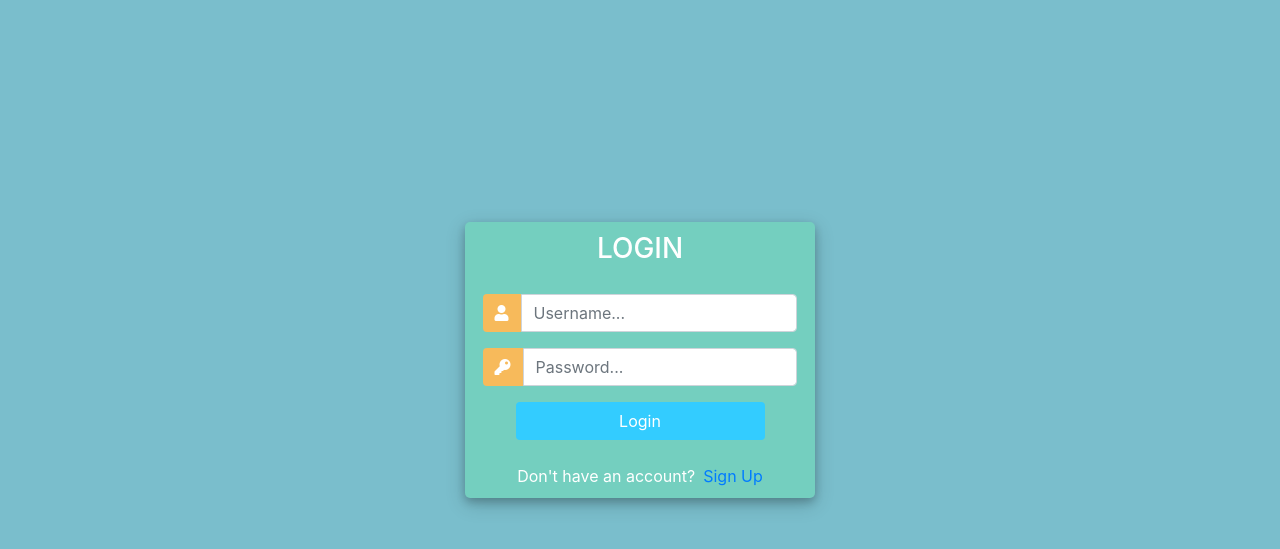
Repository: Abdaljawad-Aya/login-register-auth-validation-Django
Page: http://localhost/login/
These files come from the project's save history. The page is drawn as it stood at one moment and after the next save; the edit follows.
The browser window is 1280 px wide. The pictures show the whole page.
Some web libraries are served in a nearby version. The page is served by the project's application, run on Django 3.2 (project8/manage.py).

Above is the page before, as saved 2021-03-11 22:56:43.

After the next save:
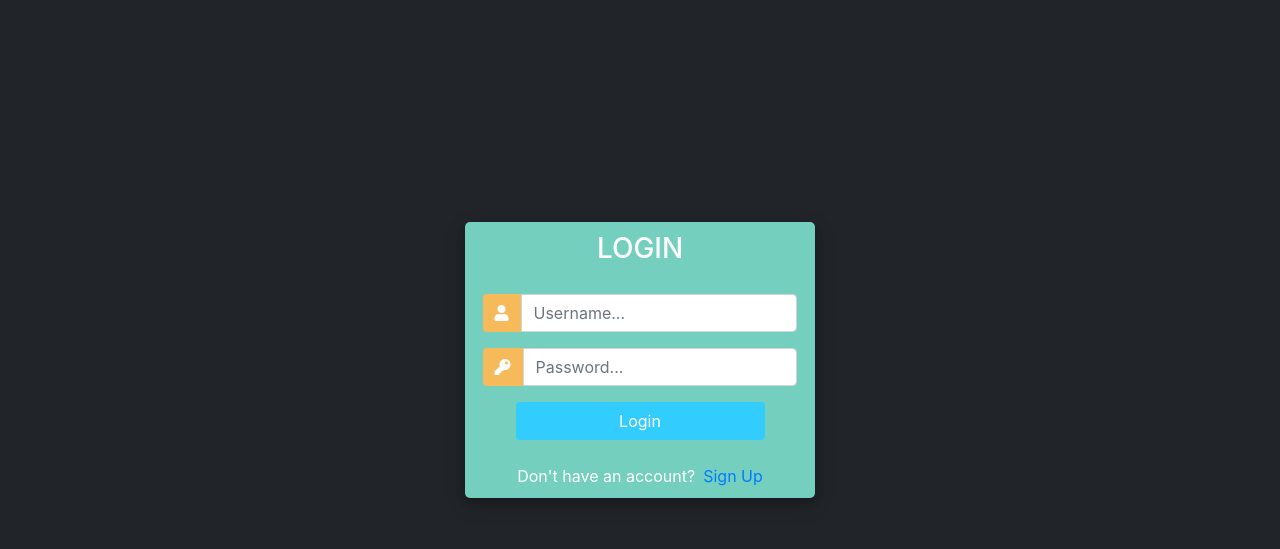
Saved 14 s later.
--- a/project8/project8/templates/login.html
+++ b/project8/project8/templates/login.html
@@ -14,7 +14,7 @@
 			margin: 0;
 			padding: 0;
 			height: 100%;
-			background: #7abecc !important;
+			background: #212429 !important;
 		}
 		.user_card {
 			width: 350px;
